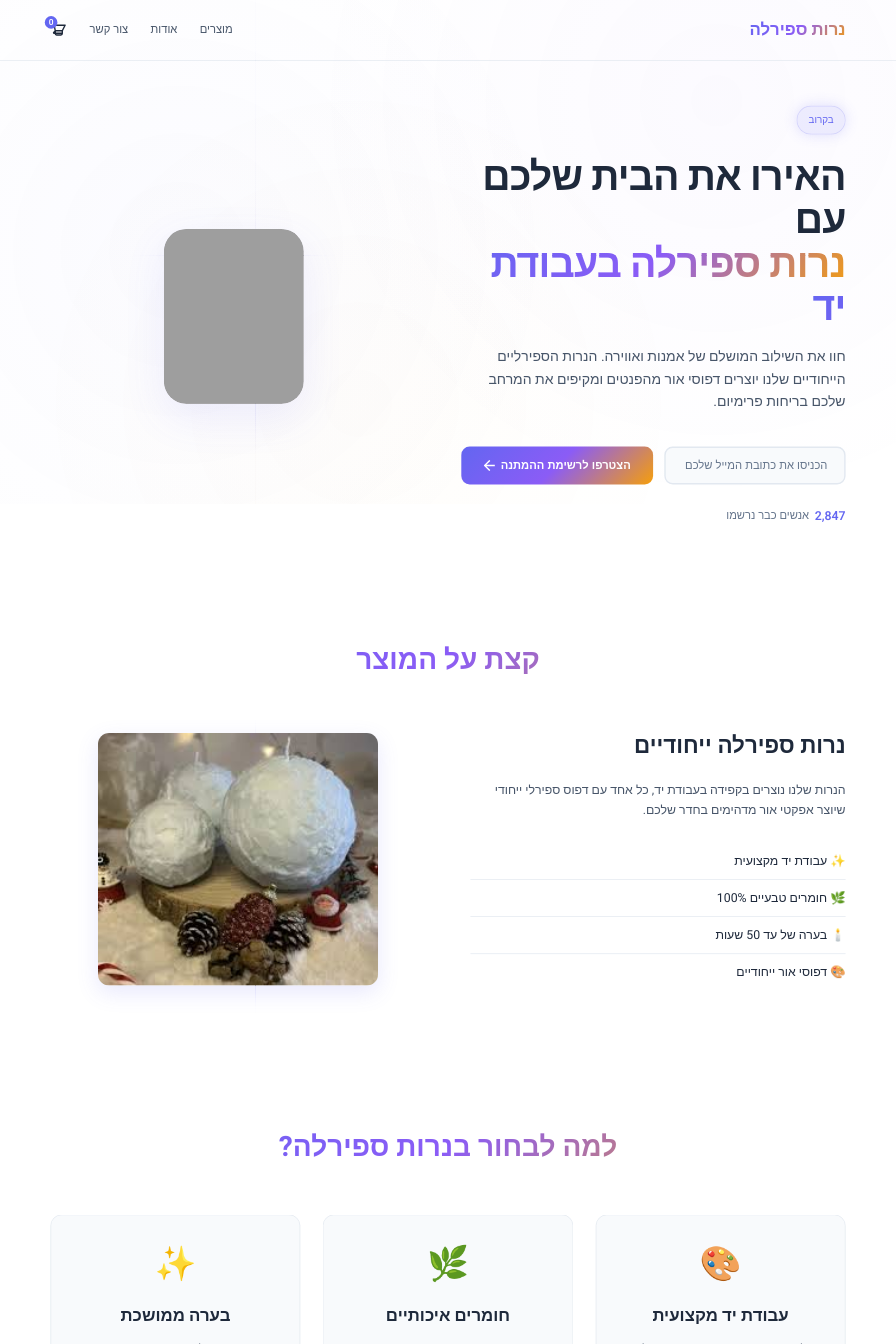
Repository: AvitaRoi/spiralcandles
Page: index.html
The author's editor kept a copy of each file at every save. The page is drawn from the files as they stood at one save, then again after the next save.
The browser window is 1280 px wide. The pictures show the part of the page from y = 0 to 1920 px (the page is 3134 px tall), at 70% of full size.
Pictures or frames that could not be fetched are drawn as grey boxes.

Above is the page before, as saved 2025-09-21 21:25:37.

### index.html
<!DOCTYPE html>
<html lang="he" dir="rtl">
<head>
    <meta charset="UTF-8">
    <meta name="viewport" content="width=device-width, initial-scale=1.0">
    <title>נרות ספירלה - חנות הנרות המיוחדת</title>
    <link rel="stylesheet" href="styles.css">
    <link href="https://fonts.googleapis.com/css2?family=Heebo:wght@300;400;500;600;700&display=swap" rel="stylesheet">
</head>
<body>
    <div class="container">
        <!-- Header -->
        <header class="header">
            <div class="nav-container">
                <div class="logo">
                    <span class="logo-text">נרות ספירלה</span>
                </div>
                <nav class="main-nav">
                    <a href="#products">מוצרים</a>
                    <a href="#about">אודות</a>
                    <a href="#contact">צור קשר</a>
                    <div class="cart-icon">
                        <svg width="24" height="24" viewBox="0 0 24 24" fill="none">
                            <path d="M3 3H5L5.4 5M7 13H17L21 5H5.4M7 13L5.4 5M7 13L4.7 15.3C4.3 15.7 4.6 16.5 5.1 16.5H17M17 13V17C17 18.1 16.1 19 15 19H9C7.9 19 7 18.1 7 17V13H17Z" stroke="currentColor" stroke-width="2" stroke-linecap="round" stroke-linejoin="round"/>
                        </svg>
                        <span class="cart-count">0</span>
                    </div>
                </nav>
            </div>
        </header>

        <!-- Hero Section -->
        <main class="hero">
            <div class="hero-content">
                <div class="hero-badge">
                    בקרוב
                </div>
                <h1 class="hero-title">
                    האירו את הבית שלכם עם <br>
                    <span class="gradient-text">נרות ספירלה בעבודת יד</span>
                </h1>
                <p class="hero-description">
                    חוו את השילוב המושלם של אמנות ואווירה. הנרות הספירליים הייחודיים שלנו
                    יוצרים דפוסי אור מהפנטים ומקיפים את המרחב שלכם בריחות פרימיום.
                </p>

                <!-- Waitlist Form -->
                <div class="waitlist-form">
                    <form id="waitlist-signup" class="form">
                        <div class="input-group">
                            <input
                                type="email"
                                id="email"
                                placeholder="הכניסו את כתובת המייל שלכם"
                                required
                                class="email-input"
                            >
                            <button type="submit" class="submit-btn">
                                הצטרפו לרשימת ההמתנה
                                <svg class="arrow-icon" width="16" height="16" viewBox="0 0 16 16" fill="none">
                                    <path d="M8 0L9.41 1.41L3.83 7H16V9H3.83L9.41 14.59L8 16L0 8L8 0Z" fill="currentColor"/>
                                </svg>
                            </button>
                        </div>
                    </form>

                    <div class="success-message" id="success-message">
                        <svg class="check-icon" width="20" height="20" viewBox="0 0 20 20" fill="none">
                            <circle cx="10" cy="10" r="10" fill="#10B981"/>
                            <path d="M6 10L8.5 12.5L14 7" stroke="white" stroke-width="2" stroke-linecap="round" stroke-linejoin="round"/>
                        </svg>
                        <span>תודה! נוסף לרשימה. נעדכן אתכם כשנשיק.</span>
                    </div>
                </div>

                <!-- Social Proof -->
                <div class="social-proof">
                    <span class="counter">2,847</span>
                    <span class="counter-text">אנשים כבר נרשמו</span>
                </div>
            </div>

            <!-- Hero Visual -->
            <div class="hero-visual">
                <div class="product-image-container">
                    <img src="./public/spiral-candle-2.jpeg"
                         alt="נר ספירלה בעבודת יד"
                         class="main-product-image">
                </div>
            </div>
        </main>

        <!-- Preview Section -->
        <section class="preview-section" id="preview">
            <h2 class="section-title">קצת על המוצר</h2>
            <div class="preview-content">
                <div class="preview-text">
                    <h3>נרות ספירלה ייחודיים</h3>
                    <p>הנרות שלנו נוצרים בקפידה בעבודת יד, כל אחד עם דפוס ספירלי ייחודי שיוצר אפקטי אור מדהימים בחדר שלכם.</p>
                    <ul class="feature-list">
                        <li>✨ עבודת יד מקצועית</li>
                        <li>🌿 חומרים טבעיים 100%</li>
                        <li>🕯️ בערה של עד 50 שעות</li>
                        <li>🎨 דפוסי אור ייחודיים</li>
                    </ul>
                </div>
                <div class="preview-image">
                    <img src="./public/main-candle-1.jpeg"
                         alt="פרטי נר ספירלה"
                         class="detail-image">
                </div>
            </div>
        </section>

        <!-- Features Section -->
        <section class="features" id="about">
            <h2 class="features-title">למה לבחור בנרות ספירלה?</h2>
            <div class="features-grid">
                <div class="feature-card">
                    <div class="feature-icon">🎨</div>
                    <h3>עבודת יד מקצועית</h3>
                    <p>כל נר נוצר בקפידה עם דפוסים ספירליים מורכבים היוצרים אפקטים ויזואליים מדהימים.</p>
                </div>
                <div class="feature-card">
                    <div class="feature-icon">🌿</div>
                    <h3>חומרים איכותיים</h3>
                    <p>עשויים מ-100% שעוות סויה טבעי עם פתילים ידידותיים לסביבה ושמני ריח פרימיום.</p>
                </div>
                <div class="feature-card">
                    <div class="feature-icon">✨</div>
                    <h3>בערה ממושכת</h3>
                    <p>העיצוב הספירלי מבטיח בערה אחידה ועד 50+ שעות של אווירה יפה.</p>
                </div>
            </div>
        </section>

        <!-- Early Access -->
        <section class="early-access">
            <div class="early-access-content">
                <h2 class="section-title">גישה מוקדמת</h2>
                <p class="early-access-description">
                    הירשמו לרשימת ההמתנה וקבלו גישה מוקדמת למוצרים שלנו,
                    הנחות מיוחדות ועדכונים על השקות חדשות.
                </p>
                <div class="benefits-list">
                    <div class="benefit-item">
                        <span class="benefit-icon">🎁</span>
                        <span>הנחה של 25% על הרכישה הראשונה</span>
                    </div>
                    <div class="benefit-item">
                        <span class="benefit-icon">⚡</span>
                        <span>גישה מוקדמת למוצרים חדשים</span>
                    </div>
                    <div class="benefit-item">
                        <span class="benefit-icon">📦</span>
                        <span>משלוח חינם על ההזמנה הראשונה</span>
                    </div>
                </div>
            </div>
        </section>

        <!-- Footer -->
        <footer class="footer" id="contact">
            <div class="footer-content">
                <div class="footer-section">
                    <h4>צור קשר</h4>
                    <p>📞 03-1234567</p>
                    <p>📧 info@spiralcandles.co.il</p>
                    <p>📍 תל אביב, ישראל</p>
                </div>
                <div class="footer-section">
                    <h4>שירות לקוחות</h4>
                    <a href="#">משלוחים והחזרות</a>
                    <a href="#">תנאי שימוש</a>
                    <a href="#">מדיניות פרטיות</a>
                </div>
                <div class="footer-section">
                    <h4>עקבו אחרינו</h4>
                    <div class="social-links">
                        <a href="#">פייסבוק</a>
                        <a href="#">אינסטגרם</a>
                        <a href="#">וואטסאפ</a>
                    </div>
                </div>
            </div>
            <div class="footer-bottom">
                <p>&copy; 2024 נרות ספירלה. כל הזכויות שמורות.</p>
            </div>
        </footer>
    </div>

    <script src="script.js"></script>
</body>
</html>

### styles.css
/* Reset and Base Styles */
* {
    margin: 0;
    padding: 0;
    box-sizing: border-box;
}

:root {
    --primary-color: #6366f1;
    --primary-dark: #4f46e5;
    --secondary-color: #f59e0b;
    --background: #ffffff;
    --surface: #f8fafc;
    --text-primary: #1e293b;
    --text-secondary: #475569;
    --text-muted: #64748b;
    --border-color: #e2e8f0;
    --success-color: #10b981;
    --gradient: linear-gradient(135deg, #6366f1 0%, #8b5cf6 50%, #f59e0b 100%);
    --glow: 0 0 30px rgba(99, 102, 241, 0.3);
}

body {
    font-family: 'Heebo', -apple-system, BlinkMacSystemFont, 'Segoe UI', sans-serif;
    background: var(--background);
    color: var(--text-primary);
    line-height: 1.6;
    overflow-x: hidden;
    direction: rtl;
}

.container {
    min-height: 100vh;
    position: relative;
}

/* Background Effects */
body::before {
    content: '';
    position: fixed;
    top: 0;
    left: 0;
    width: 100%;
    height: 100%;
    background:
        radial-gradient(circle at 20% 50%, rgba(99, 102, 241, 0.03) 0%, transparent 50%),
        radial-gradient(circle at 80% 20%, rgba(139, 92, 246, 0.03) 0%, transparent 50%),
        radial-gradient(circle at 40% 80%, rgba(245, 158, 11, 0.02) 0%, transparent 50%);
    pointer-events: none;
    z-index: -1;
}

/* Header */
.header {
    padding: 1.5rem 0;
    border-bottom: 1px solid var(--border-color);
}

.nav-container {
    max-width: 1200px;
    margin: 0 auto;
    padding: 0 2rem;
    display: flex;
    justify-content: space-between;
    align-items: center;
}

.logo-text {
    font-size: 1.5rem;
    font-weight: 700;
    background: var(--gradient);
    -webkit-background-clip: text;
    background-clip: text;
    -webkit-text-fill-color: transparent;
    color: transparent;
}

.main-nav {
    display: flex;
    align-items: center;
    gap: 2rem;
}

.main-nav a {
    color: var(--text-secondary);
    text-decoration: none;
    font-weight: 500;
    transition: color 0.3s ease;
}

.main-nav a:hover {
    color: var(--primary-color);
}

.cart-icon {
    position: relative;
    display: flex;
    align-items: center;
    color: var(--text-primary);
    cursor: pointer;
    transition: color 0.3s ease;
}

.cart-icon:hover {
    color: var(--primary-color);
}

.cart-count {
    position: absolute;
    top: -8px;
    left: -8px;
    background: var(--primary-color);
    color: white;
    border-radius: 50%;
    width: 18px;
    height: 18px;
    font-size: 0.75rem;
    display: flex;
    align-items: center;
    justify-content: center;
    font-weight: 600;
}

/* Hero Section */
.hero {
    display: grid;
    grid-template-columns: 1fr 1fr;
    gap: 4rem;
    max-width: 1200px;
    margin: 0 auto;
    padding: 4rem 2rem;
    align-items: center;
    min-height: 70vh;
}

.hero-content {
    max-width: 600px;
}

.hero-badge {
    display: inline-block;
    padding: 0.5rem 1rem;
    background: rgba(99, 102, 241, 0.1);
    border: 1px solid rgba(99, 102, 241, 0.2);
    border-radius: 2rem;
    font-size: 0.875rem;
    font-weight: 500;
    color: var(--primary-color);
    margin-bottom: 2rem;
    animation: glow-pulse 2s ease-in-out infinite alternate;
}

@keyframes glow-pulse {
    from { box-shadow: 0 0 10px rgba(99, 102, 241, 0.1); }
    to { box-shadow: 0 0 20px rgba(99, 102, 241, 0.2); }
}

.hero-title {
    font-size: 3.5rem;
    font-weight: 700;
    line-height: 1.1;
    margin-bottom: 1.5rem;
    letter-spacing: -0.02em;
}

.gradient-text {
    background: var(--gradient);
    -webkit-background-clip: text;
    background-clip: text;
    -webkit-text-fill-color: transparent;
    color: transparent;
}

.hero-description {
    font-size: 1.25rem;
    color: var(--text-secondary);
    margin-bottom: 3rem;
    line-height: 1.6;
}

/* Waitlist Form */
.waitlist-form {
    margin-bottom: 2rem;
}

.form {
    position: relative;
}

.input-group {
    display: flex;
    gap: 1rem;
    margin-bottom: 1rem;
}

.email-input {
    flex: 1;
    padding: 1rem 1.5rem;
    background: var(--surface);
    border: 2px solid var(--border-color);
    border-radius: 0.75rem;
    color: var(--text-primary);
    font-size: 1rem;
    transition: all 0.3s ease;
}

.email-input:focus {
    outline: none;
    border-color: var(--primary-color);
    box-shadow: var(--glow);
}

.email-input::placeholder {
    color: var(--text-muted);
}

.submit-btn {
    padding: 1rem 2rem;
    background: var(--gradient);
    border: none;
    border-radius: 0.75rem;
    color: white;
    font-weight: 600;
    font-size: 1rem;
    cursor: pointer;
    display: flex;
    align-items: center;
    gap: 0.5rem;
    transition: all 0.3s ease;
    white-space: nowrap;
}

.submit-btn:hover {
    transform: translateY(-2px);
    box-shadow: 0 10px 25px rgba(99, 102, 241, 0.3);
}

.submit-btn:active {
    transform: translateY(0);
}

.arrow-icon {
    transition: transform 0.3s ease;
}

.submit-btn:hover .arrow-icon {
    transform: translateX(-4px);
}

.success-message {
    display: none;
    align-items: center;
    gap: 0.75rem;
    padding: 1rem 1.5rem;
    background: rgba(16, 185, 129, 0.1);
    border: 1px solid rgba(16, 185, 129, 0.3);
    border-radius: 0.75rem;
    color: var(--success-color);
    font-weight: 500;
    animation: slide-in 0.5s ease;
}

.success-message.show {
    display: flex;
}

@keyframes slide-in {
    from {
        opacity: 0;
        transform: translateY(10px);
    }
    to {
        opacity: 1;
        transform: translateY(0);
    }
}

/* Social Proof */
.social-proof {
    display: flex;
    align-items: center;
    gap: 0.5rem;
    color: var(--text-muted);
}

.counter {
    font-weight: 600;
    color: var(--primary-color);
    font-size: 1.1rem;
}

/* Hero Visual */
.hero-visual {
    display: flex;
    justify-content: center;
    align-items: center;
    position: relative;
}

.product-image-container {
    position: relative;
    width: 200px;
    height: 250px;
    display: flex;
    justify-content: center;
    align-items: center;
    background: linear-gradient(135deg, rgba(99, 102, 241, 0.05) 0%, rgba(139, 92, 246, 0.05) 100%);
    border-radius: 2rem;
    overflow: hidden;
    box-shadow: 0 20px 60px rgba(99, 102, 241, 0.1);
}

.main-product-image {
    width: 100%;
    height: 100%;
    object-fit: cover;
    border-radius: 2rem;
    transition: transform 0.3s ease;
}

.main-product-image:hover {
    transform: scale(1.05);
}

/* Preview Section */
.preview-section {
    padding: 6rem 2rem;
    max-width: 1200px;
    margin: 0 auto;
}

.section-title {
    font-size: 2.5rem;
    font-weight: 700;
    margin-bottom: 4rem;
    background: var(--gradient);
    -webkit-background-clip: text;
    background-clip: text;
    -webkit-text-fill-color: transparent;
    color: transparent;
    text-align: center;
}

.preview-content {
    display: grid;
    grid-template-columns: 1fr 1fr;
    gap: 4rem;
    align-items: center;
}

.preview-text h3 {
    font-size: 2rem;
    font-weight: 600;
    margin-bottom: 1.5rem;
    color: var(--text-primary);
}

.preview-text p {
    font-size: 1.1rem;
    color: var(--text-secondary);
    line-height: 1.6;
    margin-bottom: 2rem;
}

.feature-list {
    list-style: none;
    padding: 0;
}

.feature-list li {
    padding: 0.75rem 0;
    font-size: 1.1rem;
    color: var(--text-primary);
    border-bottom: 1px solid var(--border-color);
}

.feature-list li:last-child {
    border-bottom: none;
}

.preview-image {
    display: flex;
    justify-content: center;
    align-items: center;
}

.detail-image {
    width: 100%;
    max-width: 400px;
    height: auto;
    border-radius: 1rem;
    box-shadow: 0 10px 30px rgba(99, 102, 241, 0.15);
    transition: transform 0.3s ease;
}

.detail-image:hover {
    transform: scale(1.02);
}

/* Features Section */
.features {
    padding: 6rem 2rem;
    max-width: 1200px;
    margin: 0 auto;
    text-align: center;
}

.features-title {
    font-size: 2.5rem;
    font-weight: 700;
    margin-bottom: 4rem;
    background: var(--gradient);
    -webkit-background-clip: text;
    background-clip: text;
    -webkit-text-fill-color: transparent;
    color: transparent;
}

.features-grid {
    display: grid;
    grid-template-columns: repeat(auto-fit, minmax(300px, 1fr));
    gap: 2rem;
}

.feature-card {
    padding: 2rem;
    background: var(--surface);
    border: 1px solid var(--border-color);
    border-radius: 1rem;
    transition: all 0.3s ease;
}

.feature-card:hover {
    transform: translateY(-5px);
    border-color: var(--primary-color);
    box-shadow: 0 10px 30px rgba(99, 102, 241, 0.1);
}

.feature-icon {
    font-size: 3rem;
    margin-bottom: 1rem;
}

.feature-card h3 {
    font-size: 1.5rem;
    font-weight: 600;
    margin-bottom: 1rem;
    color: var(--text-primary);
}

.feature-card p {
    color: var(--text-secondary);
    line-height: 1.6;
}

/* Early Access Section */
.early-access {
    padding: 6rem 2rem;
    max-width: 1200px;
    margin: 0 auto;
    text-align: center;
    background: rgba(99, 102, 241, 0.03);
    border-radius: 2rem;
}

.early-access-content {
    max-width: 800px;
    margin: 0 auto;
}

.early-access-description {
    font-size: 1.2rem;
    color: var(--text-secondary);
    line-height: 1.6;
    margin-bottom: 3rem;
}

.benefits-list {
    display: grid;
    grid-template-columns: repeat(auto-fit, minmax(250px, 1fr));
    gap: 2rem;
    margin-top: 3rem;
}

.benefit-item {
    display: flex;
    align-items: center;
    gap: 1rem;
    padding: 1.5rem;
    background: var(--surface);
    border: 1px solid var(--border-color);
    border-radius: 1rem;
    transition: all 0.3s ease;
}

.benefit-item:hover {
    transform: translateY(-3px);
    border-color: var(--primary-color);
    box-shadow: 0 8px 25px rgba(99, 102, 241, 0.1);
}

.benefit-icon {
    font-size: 2rem;
}

.benefit-item span:last-child {
    font-weight: 500;
    color: var(--text-primary);
}

/* Footer */
.footer {
    padding: 4rem 2rem 2rem;
    border-top: 1px solid var(--border-color);
    color: var(--text-muted);
}

.footer-content {
    max-width: 1200px;
    margin: 0 auto;
    display: grid;
    grid-template-columns: repeat(auto-fit, minmax(250px, 1fr));
    gap: 3rem;
    text-align: right;
}

.footer-section h4 {
    color: var(--text-primary);
    font-weight: 600;
    margin-bottom: 1rem;
    font-size: 1.1rem;
}

.footer-section p {
    margin-bottom: 0.5rem;
    line-height: 1.6;
}

.footer-section a {
    display: block;
    color: var(--text-muted);
    text-decoration: none;
    margin-bottom: 0.5rem;
    transition: color 0.3s ease;
}

.footer-section a:hover {
    color: var(--primary-color);
}

.social-links {
    display: flex;
    gap: 1rem;
    justify-content: flex-end;
}

.social-links a {
    display: inline-block;
    padding: 0.5rem 1rem;
    background: var(--surface);
    border: 1px solid var(--border-color);
    border-radius: 0.5rem;
    transition: all 0.3s ease;
}

.social-links a:hover {
    border-color: var(--primary-color);
    color: var(--primary-color);
    transform: translateY(-2px);
}

.footer-bottom {
    margin-top: 3rem;
    padding-top: 2rem;
    border-top: 1px solid var(--border-color);
    text-align: center;
}

/* Responsive Design */
@media (max-width: 768px) {
    .nav-container {
        padding: 0 1rem;
        flex-direction: column;
        gap: 1rem;
    }

    .main-nav {
        gap: 1.5rem;
    }

    .hero {
        grid-template-columns: 1fr;
        gap: 2rem;
        text-align: center;
        padding: 2rem 1rem;
    }

    .hero-visual {
        order: -1;
    }

    .product-image-container {
        width: 300px;
        height: 400px;
    }

    .hero-title {
        font-size: 2.5rem;
    }

    .hero-description {
        font-size: 1.1rem;
    }

    .input-group {
        flex-direction: column;
    }

    .submit-btn {
        justify-content: center;
    }

    .social-proof {
        justify-content: center;
    }

    .preview-content {
        grid-template-columns: 1fr;
        gap: 2rem;
    }

    .section-title, .features-title {
        font-size: 2rem;
    }

    .features-grid, .benefits-list {
        grid-template-columns: 1fr;
    }

    .footer-content {
        grid-template-columns: 1fr;
        text-align: center;
        gap: 2rem;
    }

    .social-links {
        justify-content: center;
    }
}

@media (max-width: 480px) {
    .hero-title {
        font-size: 2rem;
    }

    .product-image-container {
        width: 250px;
        height: 350px;
    }

    .feature-card, .benefit-item {
        padding: 1.5rem;
    }

    .benefit-item {
        flex-direction: column;
        text-align: center;
    }
}

Loaded but not shown: script.js (249 lines, source omitted)

After the next save:
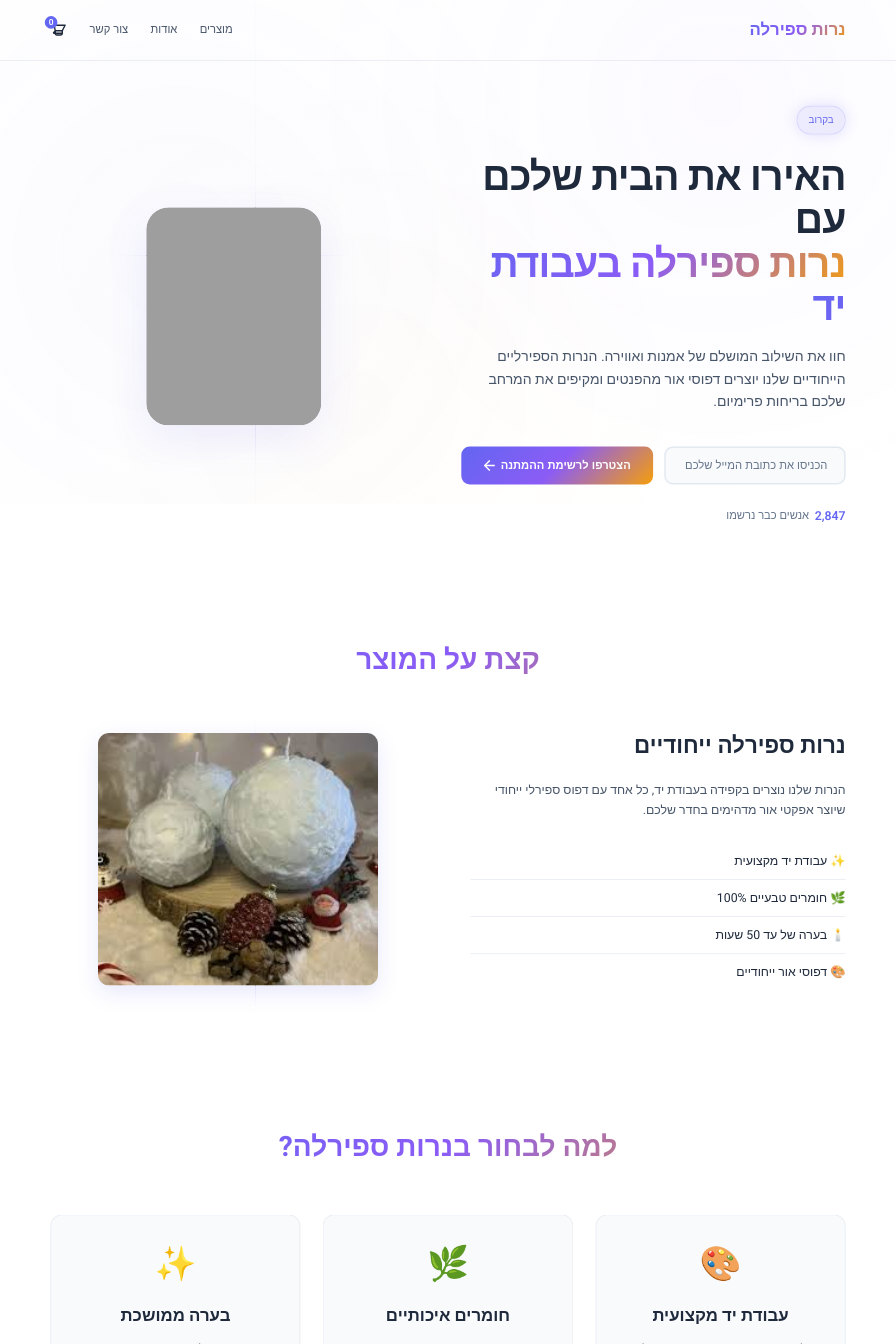
Saved 48 s later.
--- a/styles.css
+++ b/styles.css
@@ -299,8 +299,8 @@
 
 .product-image-container {
     position: relative;
-    width: 200px;
-    height: 250px;
+    width: 250px;
+    height: 312.5px;
     display: flex;
     justify-content: center;
     align-items: center;
